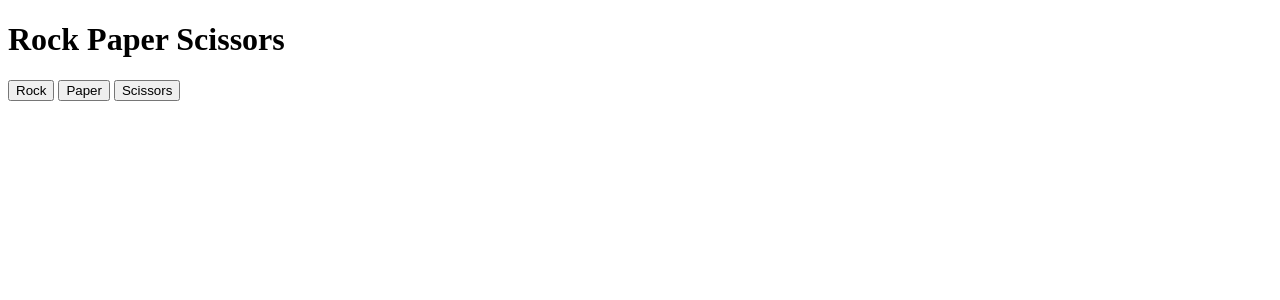
Repository: pgyunknown/Rock_paper_scissors-
Page: index.html
These files come from the project's save history. The page is drawn as it stood at one moment and after a run of saves; the edit follows.
The browser window is 1280 px wide. The pictures show the whole page.

Above is the page before, as saved 2024-08-19 22:06:52.
Console error: SyntaxError: Unexpected token '{'

### index.html
<!DOCTYPE html>
<html lang="en">
<head>
  <meta charset="UTF-8">
  <meta name="viewport" content="width=device-width, initial-scale=1.0">
  <title>Document</title>
</head>
<body>
  <h1>Rock Paper Scissors</h1>
  <button onclick="const randomNumber=Math.random;
    if(randomNumber>=0 && randomNumber< 1/3){
      moveName='Rock';
    }elseif(randomNumber>= 1/3 && randomNumber< 2/3){
      moveName='Paper';
    }else(randomNumber>=2/3 && randomNumber<1){
      moveName='Scissors';
    }">Rock</button>
  <button onclick="const randomNumber=Math.random;

      let moveName='';

      if(randomNumber>=0 && randomNumber< 1/3){
      moveName='Rock';
    }elseif(randomNumber>= 1/3 && randomNumber< 2/3){
      moveName='Paper';
    }else(randomNumber>=2/3 && randomNumber<1){
      moveName='Scissors';
    }">Paper</button>
  <button onclick="const randomNumber=Math.random;
      if(randomNumber>=0 && randomNumber< 1/3){
      moveName='Rock';
    }elseif(randomNumber>= 1/3 && randomNumber< 2/3){
      moveName='Paper';
    }else(randomNumber>=2/3 && randomNumber<1){
      moveName='Scissors';
    }">Scissors</button>

  <script>

    const result='';
    if(moveName==="Rock"){
      result='Tie';
    }elseif(moveName==="Paper"){
      result='You lose';
    }else(moveName==="Scissors"){
      result="You win";
    }

    alert(`You picked Rock and Computer picked ${moveName}. You ${result}`);
  </script>

</body>
</html>

After the next 3 saves:
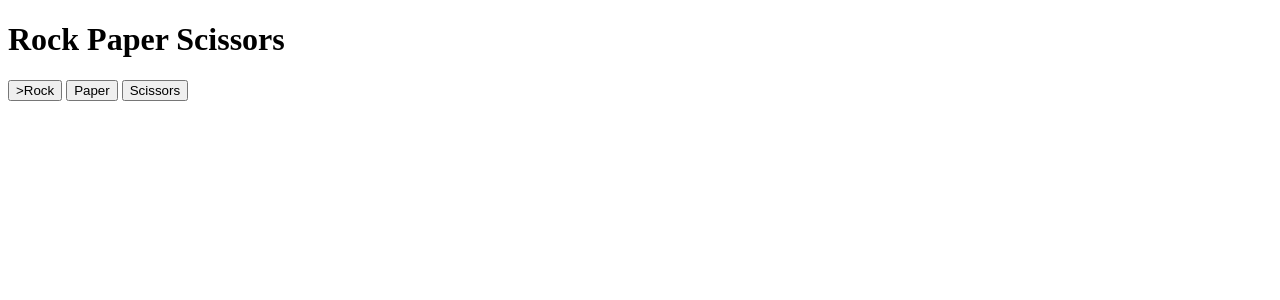
The 3 saves are shown as one change because they came seconds apart.
The last was saved 8 s later.
--- a/index.html
+++ b/index.html
@@ -14,7 +14,20 @@
       moveName='Paper';
     }else(randomNumber>=2/3 && randomNumber<1){
       moveName='Scissors';
-    }">Rock</button>
+    }"
+
+        const result='';
+    if(moveName==="Rock"){
+      result='Tie';
+    }elseif(moveName==="Paper"){
+      result='You lose';
+    }else(moveName==="Scissors"){
+      result="You win";
+    }
+
+    alert(`You picked Rock and Computer picked ${moveName}. You ${result}`);
+  </script>
+>Rock</button>
   <button onclick="const randomNumber=Math.random;
 
       let moveName='';

After the 2 saves that followed:
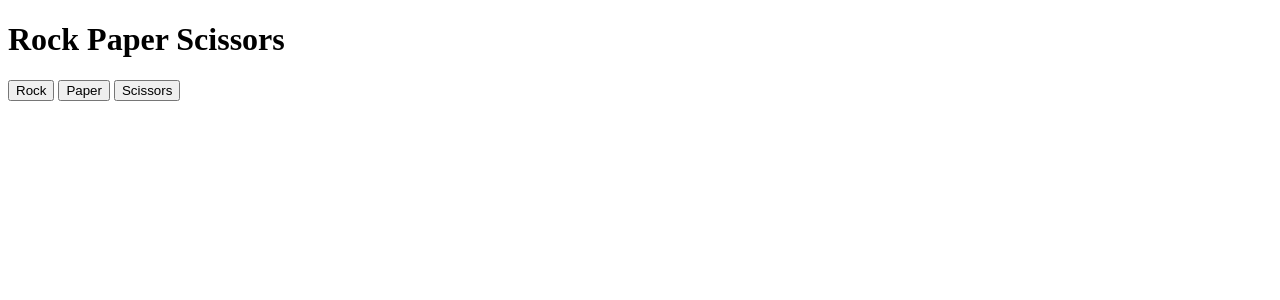
The 2 saves are shown as one change because 1 left the picture as it was.
The last was saved 27 s later.
--- a/index.html
+++ b/index.html
@@ -16,7 +16,7 @@
       moveName='Scissors';
     }"
 
-        const result='';
+    const result='';
     if(moveName==="Rock"){
       result='Tie';
     }elseif(moveName==="Paper"){
@@ -26,7 +26,6 @@
     }
 
     alert(`You picked Rock and Computer picked ${moveName}. You ${result}`);
-  </script>
 >Rock</button>
   <button onclick="const randomNumber=Math.random;
 
